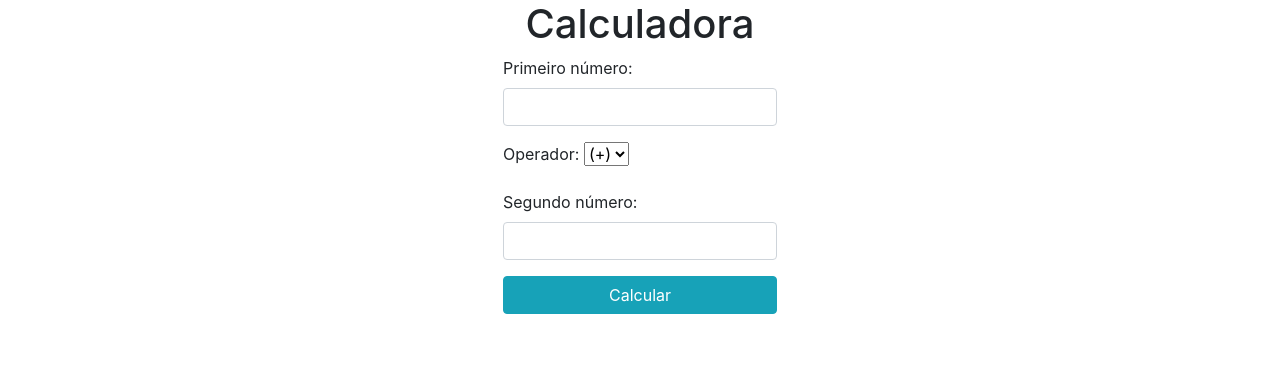
Repository: babirms/DAC
Page: Calculadora/WebContent/home.html
An editor plug-in stored every save of this project. The page is shown before and after the next save, followed by the edit.
The browser window is 1280 px wide. The pictures show the whole page.

Above is the page before, as saved 2020-09-20 23:12:06.
Console error (its wording comes from the project's code and is left out).

### Calculadora/WebContent/home.html
<!DOCTYPE html>
<html>
<head>
<meta charset="ISO-8859-1">
<title>Calculadora - Página Inicial</title>
<link href="bootstrap/css/bootstrap.min.css" rel="stylesheet"
	type="text/css" />
<script type="text/javascript" src="bootstrap/js/bootstrap.min.js"></script>
</head>
<body>
	<div class="d-flex flex-column align-items-center col-xs-10">
		<h1>Calculadora</h1>
		<form action="CalculadoraServlet" method="get">
			<div class="form-group">
				<label for="primeiroNum">Primeiro número: </label> <input
					type="number" class="form-control" name="primeiroValue"
					id="primeiroNum" required>
			</div>
			<div class="form-group">
				<label>Operador: </label> <select name="operacao">
					<option value="soma">(+)</option>
					<option value="sub">(-)</option>
					<option value="mul">(*)</option>
					<option value="div">(/)</option>
				</select>
			</div>
			<div class="form-group">
				<label for="segundoNum">Segundo número: </label> <input
					type="number" id="segundoNum" class="form-control"
					name="segundoValue" required>
			</div>
			<button class="btn btn-info btn-block" type="submit">Calcular</button>
		</form>
	</div>
</body>
</html>

Loaded but not shown: Calculadora/WebContent/bootstrap/css/bootstrap.min.css (library); Calculadora/WebContent/bootstrap/js/bootstrap.min.js (library)

After the next save:
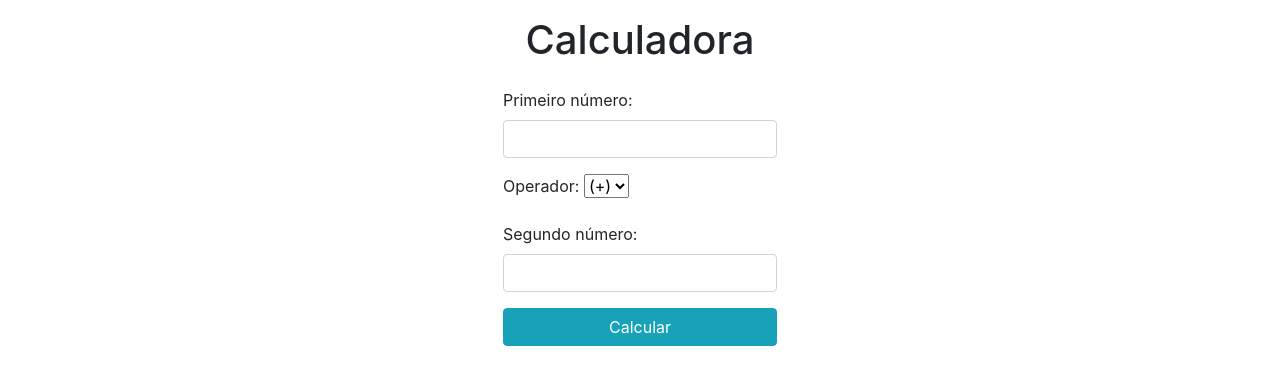
Saved 20 s later.
--- a/Calculadora/WebContent/home.html
+++ b/Calculadora/WebContent/home.html
@@ -9,7 +9,7 @@
 </head>
 <body>
 	<div class="d-flex flex-column align-items-center col-xs-10">
-		<h1>Calculadora</h1>
+		<h1 class="p-3">Calculadora</h1>
 		<form action="CalculadoraServlet" method="get">
 			<div class="form-group">
 				<label for="primeiroNum">Primeiro número: </label> <input
